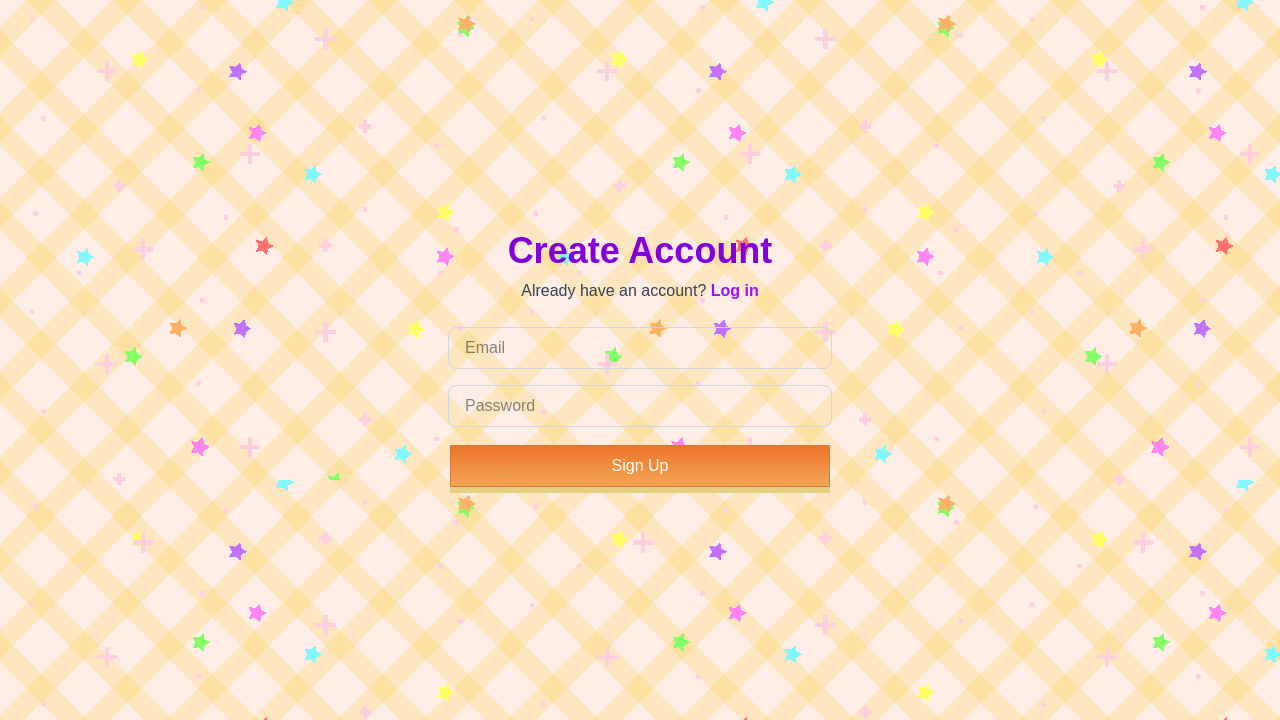
Repository: ramosfranz/bookie
Page: /signup
The author's editor kept a copy of each file at every save. The page is drawn from the files as they stood at one save, then again after the next save.
The browser window is 1280 px wide. The pictures show the whole page.
The page's requests for data from a server got no answer. Some web fonts or font styles are not loaded; a fallback is used. The project was rebuilt for these pictures with package versions that can differ from the ones it lists, and the page was loaded fresh each time. The framework's server and built-in components were replaced by stand-ins that run in the browser. No one was signed in, and anything a server would have sent is missing. Also part of the build but not shown: next.config.ts.

Above is the page before, as saved 2025-12-06 07:41:18.

After the next save:
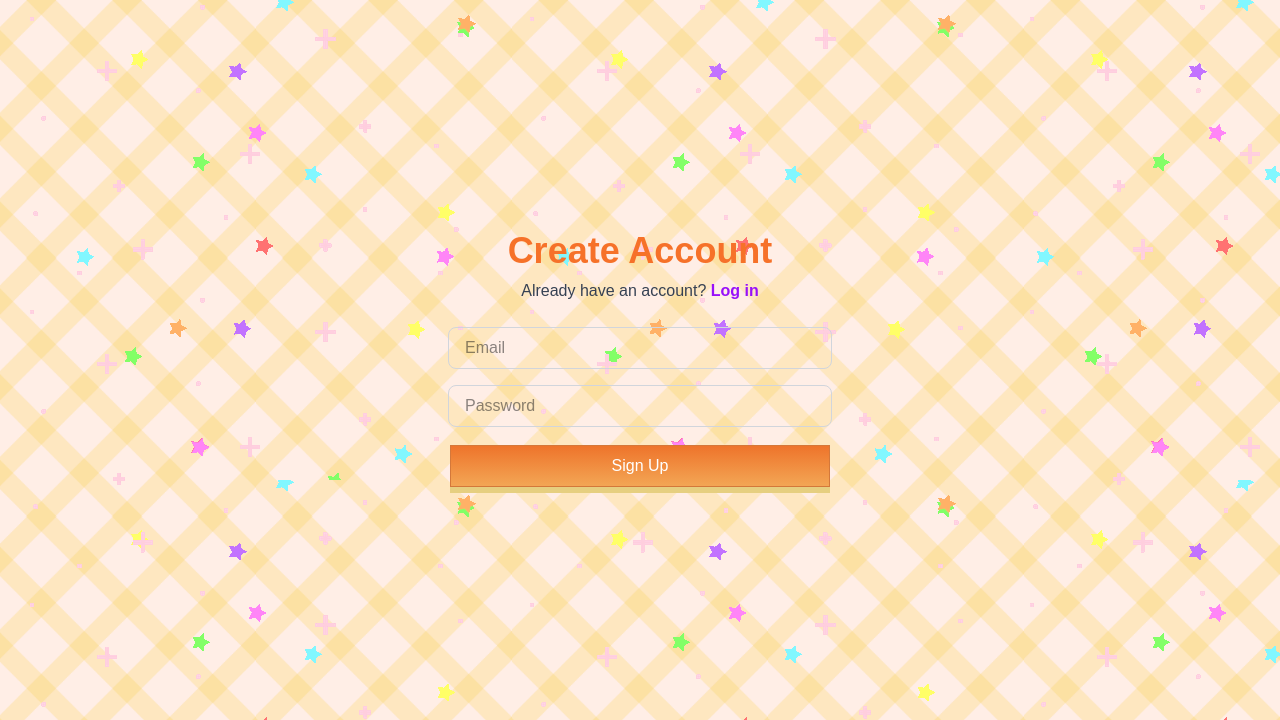
Saved 44 s later.
--- a/src/app/signup/page.tsx
+++ b/src/app/signup/page.tsx
@@ -37,7 +37,7 @@ export default function SignupPage() {
 
   return (
     <div className="flex flex-col items-center justify-center min-h-screen bookieBackground p-6">
-      <h1 className="text-4xl font-bold mb-2 text-purple-700">Create Account</h1>
+      <h1 className="text-4xl font-bold mb-2"  style={{ color: "#f67129" }}>Create Account</h1>
 
       {/* Log in link below header */}
       <p className="mb-6 text-gray-700">
